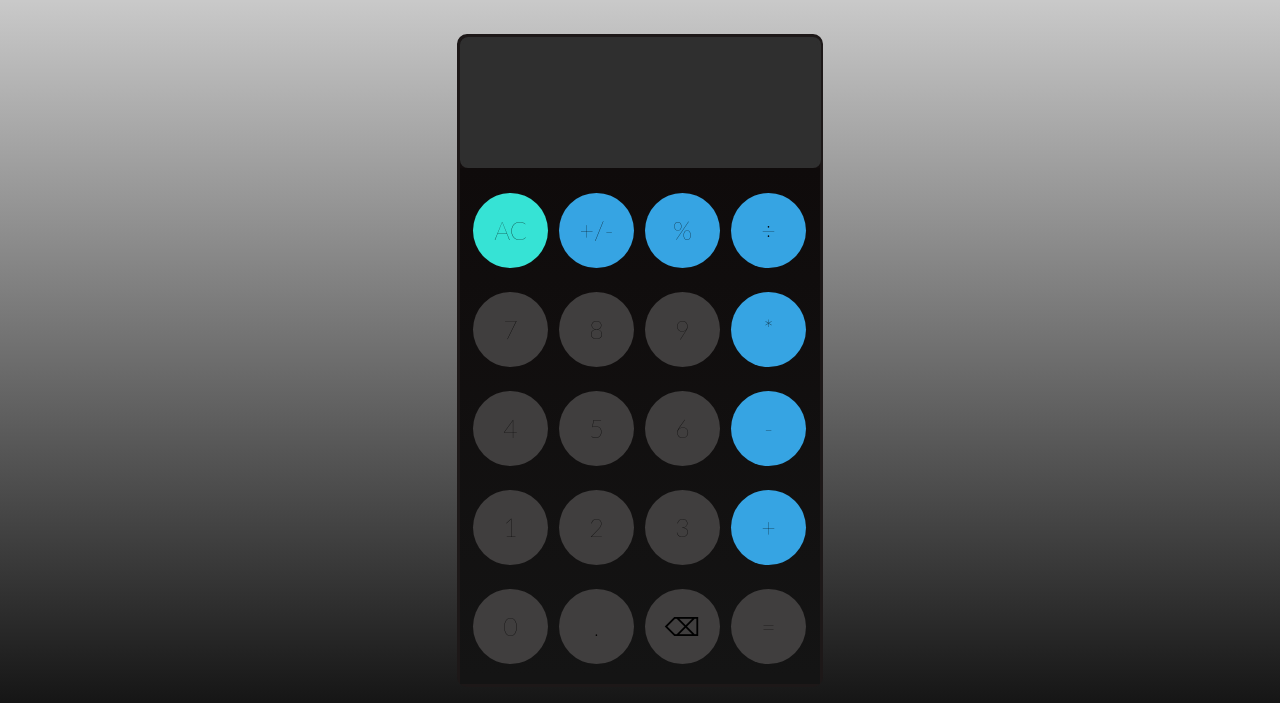
Repository: MhlengiNgubane/BrainnestJsTwo
Page: index.html
An editor plug-in stored every save of this project. The page is shown before and after the next save, followed by the edit.
The browser window is 1280 px wide. The pictures show the whole page.

Above is the page before, as saved 2022-09-12 09:56:29.

### index.html
<!DOCTYPE html>
<html lang="en">
<head>
    <meta charset="UTF-8">
    <meta http-equiv="X-UA-Compatible" content="IE=edge">
    <meta name="viewport" content="width=device-width, initial-scale=1.0">
    <title>CALCULATOR</title>

    <link rel="stylesheet" href="style.css">
</head>
    <body>
            <div class="container">
                <input type="text" class="input" value="" disabled />
                <div class="buttons">
                    <button value="AC" class="ac clear">AC</button>
                    <button value="+/-" class="oper plusMinus">+/-</button>
                    <button value="%" class="oper percent">%</button>
                    <button value="/" class="oper operator">&divide</button>

                    <button value="7" class="number">7</button>
                    <button value="8" class="number">8</button>
                    <button value="9" class="number">9</button>
                    <button value="*" class="oper operator">*</button>

                    <button value="4" class="number">4</button>
                    <button value="5" class="number">5</button>
                    <button value="6" class="number">6</button>
                    <button value="-" class="oper operator">-</button>

                    <button value="1" class="number">1</button>
                    <button value="2" class="number">2</button>
                    <button value="3" class="number">3</button>
                    <button value="+" class="oper operator">+</button>

                    <button value="0" class="zero number">0</button>
                    <button value="." class="decimal">.</button>
                    <button value="DEL" class="delete">⌫</button>
                    <button value="=" class="equal operator">=</button>
                </div>
            </div>

        <script src="App.js"></script>
    </body>
</html>

### style.css
* {
    border: 0;
    margin: 0;
    padding: 0;
    font-family: 'lato';
    font-weight: 100;
}

body{
    font-family: 'Roboto';
    font-weight: 400;
    background: linear-gradient(360deg, #141414 1.56%, rgba(0, 0, 0, 0.21) 100%);
    width: 100%;
    height: 100vh;
    display: flex;
    flex-direction: column;
    align-items: center;
    justify-content: center;
}



.container{
    align-items: center;
    margin: auto;
    margin-top: 60px;
    width: 360px;
    border: 20px;
    border: 3px solid #1d1818;
    background-color: #130e0e;
    border-radius: 10px;
    margin-bottom: 60px;
}

.input{
    position: relative;
    width: 355px;
    height: 125px;
    border: 3px solid #2f2f2f;
    text-align: right;
    border-radius: 8px;
    background-color: #2f2f2f;
    color: #fff;
    font-size: 60px;
}

.buttons{
    display: grid;
    grid-template-columns: repeat(4, 1fr);
    row-gap: 10px;
    column-gap: 10px;
    background: linear-gradient(360deg, #141414 1.56%, rgba(0, 0, 0, 0.21) 100%);
    padding: 18px 13px 13px 13px;
}

button{
    border: 1;
    outline: none;
    height: 75px;
    width: 75px;
    border-radius: 70px;
    text-align: center;
    margin-top: 7px;
    margin-bottom: 7px;
    font-size: 25px;
    background-color: #403e3e;
}

.oper {
    background-color: #36a4e3;
}

.ac {
    background-color: #36e3d5;
}

### App.js
function add(firstNumber, secondNumber){
  return firstNumber + secondNumber;
}
function subtract(firstNumber, secondNumber){
  return firstNumber - secondNumber;
}
function multiply(firstNumber, secondNumber){
  return firstNumber * secondNumber;
}
function divide(firstNumber, secondNumber){
  return firstNumber / secondNumber;
}
function operate(operator, firstNumber, secondNumber){
  if(operator === '+'){
      return add(firstNumber, secondNumber);
  }
  else if(operator === '-'){
      return subtract(firstNumber, secondNumber);
  }
  else if(operator === '*'){
      return multiply(firstNumber, secondNumber);
  }
  else if(operator === '/'){
      return divide(firstNumber, secondNumber);
  }
  return secondNumber;
}

const display = document.querySelector('.input');

const calculator = {
  displayValue: '0',
  firstNumber: null,
  operator: null,
  secondNumber: false,
};

function clear() {
  calculator.displayValue = '0';
  calculator.firstNumber = null;
  calculator.operator = null;
  calculator.secondNumber = false;
}

function updateDisplay() {
  display.value = calculator.displayValue;
}

const buttons = document.querySelector('.buttons');
buttons.addEventListener('click', (e) => {
const target = e.target;

  if (!target.matches('button')) {
      return;
  }

  if (target.classList.contains('clear')) {
      clear();
      updateDisplay();
      return;
  }

  if (target.classList.contains('delete')) {
      undo();
      return;
  }

  if (target.classList.contains('plusMinus')) {
      plusMinus();
      return;
  }

  if (target.classList.contains('percent')) {
      percentage();
      return;
  }

  if (target.classList.contains('decimal')) {
      decimal(target.value);
      updateDisplay();
      return;
  }

  if (target.classList.contains('operator')) {
      calculate(target.value);
      updateDisplay();
      return;
  }

      displayNumber(target.value);
      updateDisplay();
});

function undo(){
  display.value = display.value.slice(0, -1);
  calculator.displayValue = display.value;
}

function plusMinus(){
  let displayPlusMinus = calculator.displayValue;
  if(displayPlusMinus >= 0){
      display.value = '-' + displayPlusMinus;
  }
  calculator.displayValue = display.value;
}

function percentage(){
  let displayPercent = calculator.displayValue;
  if(displayPercent != 0){
      display.value = displayPercent / 100;
  }
 calculator.displayValue = display.value;
}

function decimal(dot) {
  if (calculator.secondNumber === true) {
      calculator.displayValue = '0.'
      calculator.secondNumber = false;
      return
  }
  if (!calculator.displayValue.includes(dot)) {
      calculator.displayValue += dot;
  }
}

function displayNumber(number) {
  let displayValue = calculator.displayValue;
  const secondNumber = calculator.secondNumber;

  if (secondNumber === true) {
      calculator.displayValue = number;
      calculator.secondNumber = false;
  }
  else if(displayValue === '0'){
      calculator.displayValue = number;
  }
  else{
      calculator.displayValue = displayValue + number;
  }
}

function calculate(inputOperator) {
  const firstNumber = calculator.firstNumber;
  const displayValue = calculator.displayValue;
  const operator  = calculator.operator;

  const inputValue = parseFloat(displayValue);

  if (operator && calculator.secondNumber)  {
      calculator.operator = inputOperator;
      return;
    }

  if (firstNumber == null) {
      calculator.firstNumber = inputValue;

  } else if (operator) {
      const result = operate(operator, firstNumber, inputValue);
      calculator.displayValue = `${parseFloat(result.toFixed(6))}`;
      calculator.firstNumber = result;
  }
  calculator.secondNumber = true;
  calculator.operator = inputOperator;
  console.log(calculator);
}

After the next save:
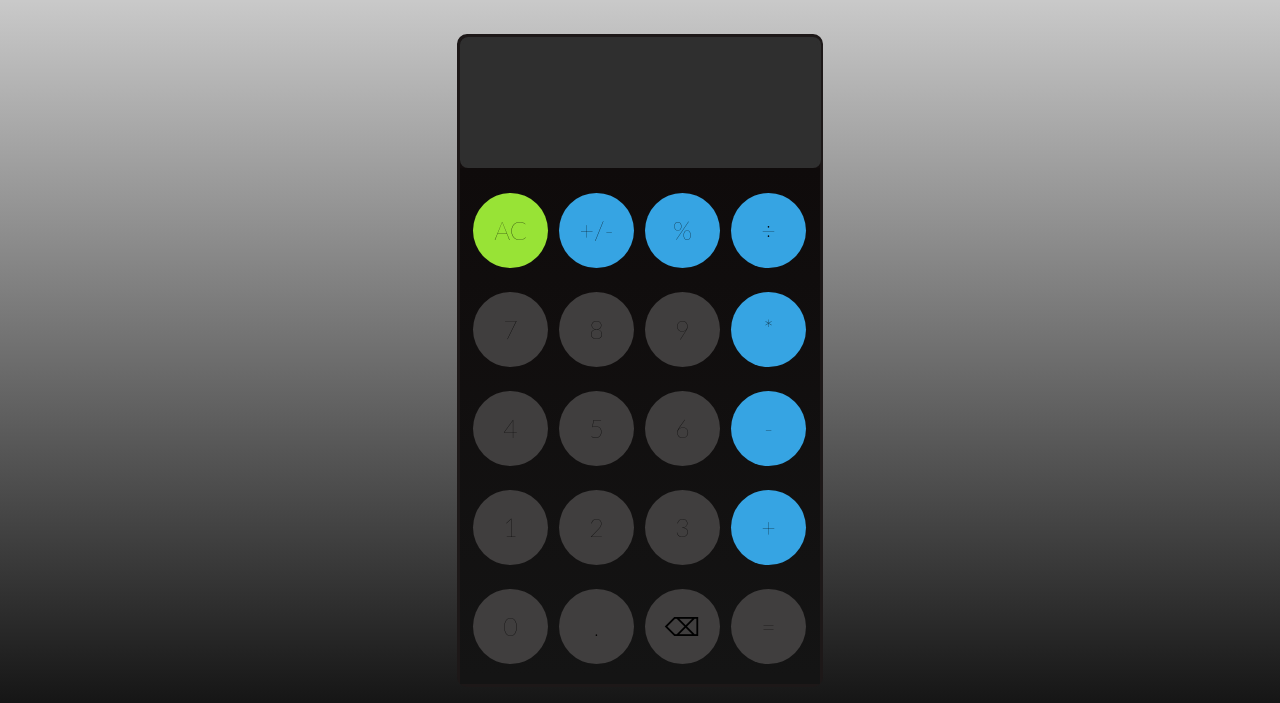
Saved 5 s later.
--- a/style.css
+++ b/style.css
@@ -71,5 +71,5 @@ button{
 }
 
 .ac {
-    background-color: #36e3d5;
+    background-color: #98e336;
 }
